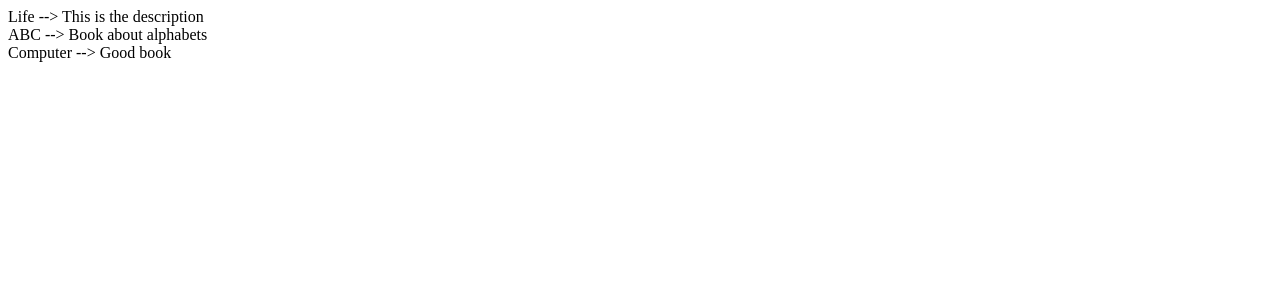
Repository: bitmap357/Django
Page: http://localhost/index/
These files come from the project's save history. The page is drawn as it stood at one moment and after a run of saves; the edit follows.
The browser window is 1280 px wide. The pictures show the whole page.
The page is served by the project's application, run on Django 5.2 (mysite/manage.py). The page reads the database file committed with the project.

Above is the page before, as saved 2024-02-15 09:09:18.

After the next 4 saves:
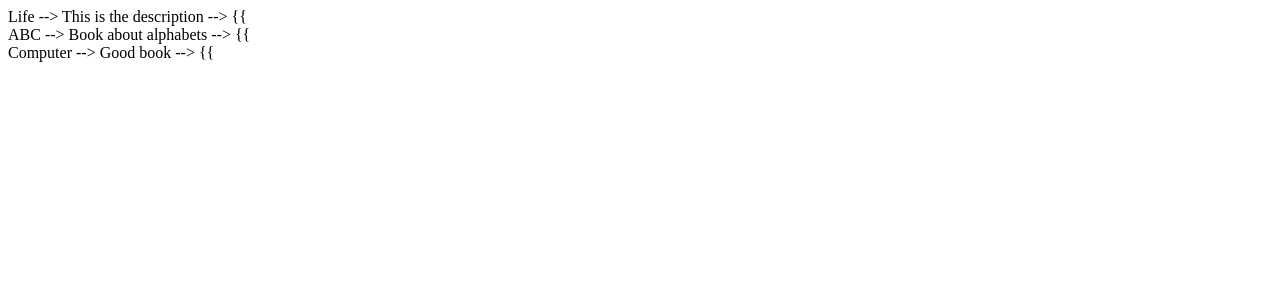
The 4 saves are shown as one change because they came seconds apart.
The last was saved 9 s later.
--- a/mysite/myapp/templates/myapp/index.html
+++ b/mysite/myapp/templates/myapp/index.html
@@ -7,7 +7,7 @@
 </head>
 <body>
     {% for book in book_list %}
-        {{ book.name }} --> {{ book.desc }} <br>
+        {{ book.name }} --> {{ book.desc }} --> {{<br>
     {%endfor%}
 </body>
 </html>
